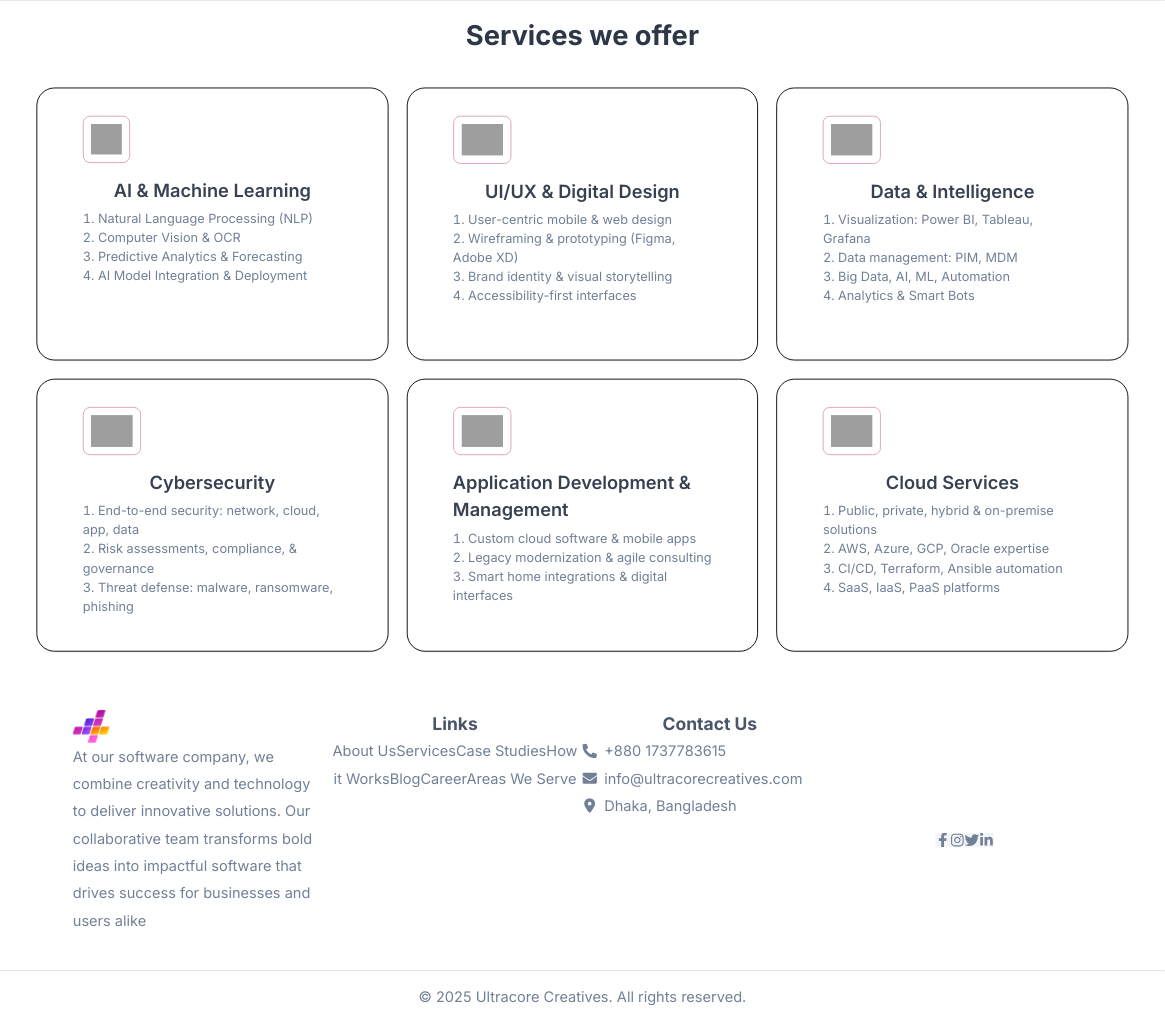
Repository: nazifat/ultra-core
Page: /services
An editor plug-in stored every save of this project. The page is shown before and after the next save, followed by the edit.
The browser window is 1280 px wide. The pictures show the part of the page from y = 754 to 1881 px (the page is 1881 px tall before and 1825 px after), at 91% of full size.
Pictures or frames that could not be fetched are drawn as grey boxes. Backgrounds fixed to the window are drawn as part of the page. The project was rebuilt for these pictures with package versions that can differ from the ones it lists, and the page was loaded fresh each time. Also part of the build but not shown: vite.config.js, src/App.jsx, src/Pages/ErrorPage/ErrorPage.jsx, src/Components/Divider/Divider.jsx, src/Components/CustomHeader/CustomHeader.jsx, src/Pages/Home/Approach/Approach.jsx, src/Pages/Home/Banner/Banner.jsx, src/Pages/Home/BoldIdeas/BoldIdeas.jsx and 22 more.

Above is the page before, as saved 2025-07-10 14:20:36.

### index.html
<!doctype html>
<html lang="en">
  <head>
    <meta charset="UTF-8" />
    <link rel="icon" type="image/svg+xml" href="/vite.svg" />
    <meta name="viewport" content="width=device-width, initial-scale=1.0" />
    <title>Ultracore Creatives</title>
  </head>
  <body>
    <div id="root"></div>
    <script type="module" src="/src/main.jsx"></script>
  </body>
</html>

### src/main.jsx
import { StrictMode } from 'react'
import { createRoot } from 'react-dom/client'
import './index.css'
import App from './App.jsx'
import { router } from './Providers/RouterProvider/RouterProvider'

import {

  RouterProvider
} from "react-router-dom";

createRoot(document.getElementById('root')).render(
  <StrictMode>
    <RouterProvider router={router} />

  </StrictMode>,
)

### src/index.css

@import "@fontsource/inter"; /* Defaults to 400 weight */
@import "@fontsource/inter/500.css";
@import "@fontsource/inter/600.css";
@import "@fontsource/inter/700.css";

@tailwind base;
@tailwind components;
@tailwind utilities;


body{
    background-color: white;
}


.custom-navbar{
    font-family: 'Inter', sans-serif;
    font-weight: 500;
    color: #4A5568;
    font-size: 16px;
}

.custom-navbar a{
  margin-right: 15px;
}



.custom-footer{


font-family: 'Inter', sans-serif;
font-weight: 400;
color: #718096;
line-height:  30px;
letter-spacing: 0%;
font-size: 16px;

}

.custom-footer h6{

  color: #4A5568 !important;
  font-weight:700;
  text-transform: capitalize;
  font-size: larger;

}

.card{
    width: fit-content;
    width: 95%;
    margin: auto;
    height: 400px;
}

@media (max-width: 480px) {
    .card {
      height: 300px; /* or any smaller value */
      width: 80%;
    }
  }


  .tab:hover{
    background: linear-gradient(to right, #F76680, #57007B);
    -webkit-background-clip: text;
    -webkit-text-fill-color: transparent;

    /* Optional: for Firefox */
    background-clip: text;
    color: transparent;

  }
  .tab{
      color: gray;
      border-bottom: white 2px solid;



  }

  .tabs{

    align-items: center !important;
    justify-content: center !important;
    font-size: medium;

  }


  .tab:not(:checked, label:has(:checked), :hover, .tab-active, [aria-selected="false"]){
    color: gray;
    /* border-bottom: purple 2px; */

  }

  .tab:checked, label:has(:checked), .tab-active, [aria-selected="true"]{
    color: purple;
    /* border-bottom: purple 2px solid; */

  background: -webkit-linear-gradient(#F76680, #57007B);
  -webkit-background-clip: text;
  -webkit-text-fill-color: transparent;




  }

  .tab-content {
    margin-top: 50px;
    padding: 0 10px 0 10px;
    width: 70%;
    max-width: auto;
  }

  .tab-content img{
    height: 60px;
    width: fit-content;
  }


  @media (max-width: 480px){

    .tab-content img{
      /* height: auto; */
      width: fit-content;
    }

    .service-card{
      margin: 20px 0px;
    }

    .service-card h2{
      font-size: 16px !important;
      margin-bottom: 5px;
    }

    .circle-divider{
      display: none;
    }

    .how-it-works-divider{
      display:none;
    }


  }


  .approach p{
    font-weight: 400;
    font-size: 14px;
    color: #5d697e;
    font-family: 'Inter';
    line-height: 162%;
  }

  .navbar {
    padding: 17px;
  }


  /* swiper slider------------------ */

  .swiper-pagination-bullet-active{
    background: linear-gradient(45deg, #F76680, #57007B) !important;

  }

  .swiper-pagination-bullet{
    height: 15px !important;
    width: 15px !important;
    /* border: 5px solid black !important; */


  }

  .swiper-wrapper{
    margin-bottom: 5% !important;
  }

  /* .service area */


  .service-card{
    padding: 30px 50px;
    border: 1px solid;
    border-radius: 20px;
    min-height: 300px;

  }

  .service-card img{
    margin-bottom: 15px;

  }

  .service-card li{
    font-size: 14px;
    color: #718096;
    font-weight: 300;
  }

  .service-card h2{
    font-size: 20px;
    margin-bottom: 5px;


  }




/* expert team card hover */

.card-hover {
  transition: transform 0.3s ease-in-out, box-shadow 0.3s ease-in-out;
}

.card-hover:hover {
  transform: scale(1.05) translateY(-8px);
  box-shadow: 0 10px 20px rgba(0, 0, 0, 0.3);
}

### src/Providers/RouterProvider/RouterProvider.jsx
import {
  createBrowserRouter,
  RouterProvider,
} from "react-router-dom";
import ErrorPage from "../../Pages/ErrorPage/ErrorPage";
import Home from "../../Pages/Home/Home";
import Root from '../../Pages/Root/Root';
import About from "../../Pages/About/About";
import Services from '../../Pages/Services/Services';
import CaseStudies from '../../Pages/CaseStudies/CaseStudies'
import Blog from '../../Pages/Blog/Blog'
import Hire from '../../Pages/Hire/Hire'
import HowItWorks from '../../Pages/HowItWorks/HowItWorks'


export const router = createBrowserRouter([
  {
    path: "/",
    element: <Root></Root>,
    errorElement: <ErrorPage></ErrorPage>,
    children: [
      {
        path: "/",
        element: <Home></Home>,
      },
      {
        path: "/about",
        element: <About></About>
      },
      {
        path:"/services",
        element: <Services></Services>

      },
      {
        path: "/caseStudies",
        element: <CaseStudies></CaseStudies>
      },
      {
        path: "/blog",
        element: <Blog></Blog>
      },
      {
        path: "/howItWorks",
        element: <HowItWorks></HowItWorks>
      },
      {
        path: "/hire",
        element:<Hire></Hire>
      }
    ]
  },
]);

### src/App.css
#root {
  max-width: 1920px;
  margin: 0 auto;
  text-align: center;
  padding: 0;
}


.logo {
  height: 6em;
  padding: 1.5em;
  will-change: filter;
  transition: filter 300ms;
}
.logo:hover {
  filter: drop-shadow(0 0 2em #646cffaa);
}
.logo.react:hover {
  filter: drop-shadow(0 0 2em #61dafbaa);
}

@keyframes logo-spin {
  from {
    transform: rotate(0deg);
  }
  to {
    transform: rotate(360deg);
  }
}

@media (prefers-reduced-motion: no-preference) {
  a:nth-of-type(2) .logo {
    animation: logo-spin infinite 20s linear;
  }
}

.card {
  padding: 2em;
}

.read-the-docs {
  color: #888;
}

### src/Pages/Root/Root.jsx
import React from 'react';
import { Outlet } from 'react-router-dom';
import NavBar from '../../Components/Shared/NavBar'
import Footer from '../../Components/Shared/Footer'

const Root = () => {
    return (
        <div>
            <NavBar></NavBar>
            <Outlet></Outlet>
            <Footer></Footer>

        </div>
    );
};

export default Root;

### src/Pages/Services/Services.jsx

import HeaderBanner from '../../Components/HeaderBanner/HeaderBanner'
import '../Services/Services.css'
const Services = () => {
    return (
        <div className=''>

            <HeaderBanner img="https://i.ibb.co/R4V90kv7/marvin-meyer-SYTO3xs06f-U-unsplash.jpg" title="Services"></HeaderBanner>
            <h2 className='lg:text-3xl text-xl mt-5 text-[#2D3748] lg:mb-10 text-center font-bold'>Services we offer</h2>

            <div className='service-area grid md:grid-cols-3 grid-cols-1 px-10 my-10 gap-5'>
                {/* service--1 */}
                <div className=" service-card hover-card bg-[#fff] shadow-sm  rounded-lg">
                    <div className=''>
                        <img
                            className='h-[52px] w-[52px] border border-[#DE9EBA] rounded-lg p-2'
                            src="https://i.ibb.co.com/Z6r8QtGn/aiml.png"
                            alt="AI"
                        />
                    </div>

                    <div className="">
                        <h2 className="card-title font-semibold text-gray-700">
                            AI & Machine Learning
                        </h2>
                        <ol className='text-left text-[#718096] list-decimal list-inside  '>
                            <li>Natural Language Processing (NLP)</li>
                            <li>Computer Vision & OCR</li>
                            <li>Predictive Analytics & Forecasting</li>
                            <li>AI Model Integration & Deployment</li>
                        </ol>

                    </div>
                </div>


                {/* service--2 */}
                <div className="service-card  hover-card bg-[#fff]  shadow-sm">
                    <div className=''>
                        <img
                            className='max-h-16 max-w-16 border border-[#DE9EBA] rounded-lg p-2 object-contain'
                            src="https://i.ibb.co.com/BK6pc359/uiux.png"
                            alt="AI"
                        />
                    </div>

                    <div className="">
                        <h2 className="card-title font-semibold text-gray-700">
                            UI/UX & Digital Design
                        </h2>
                        <ol className='text-left text-[#718096] list-decimal list-inside  '>
                            <li>User-centric mobile & web design</li>
                            <li>Wireframing & prototyping (Figma, Adobe XD)</li>
                            <li>Brand identity & visual storytelling</li>
                            <li>Accessibility-first interfaces</li>
                        </ol>

                    </div>
                </div>


                {/* service--3 */}
                <div className="service-card hover-card bg-[#fff] shadow-sm">
                    <div className=''>
                        <img
                            className='max-h-16 max-w-16 border border-[#DE9EBA] rounded-lg p-2 object-contain'
                            src="https://i.ibb.co.com/8Lm3b3QH/data.png"
                            alt="AI"
                        />
                    </div>

                    <div className="">
                        <h2 className="card-title font-semibold text-gray-700">
                            Data & Intelligence
                        </h2>
                        <ol className='text-left text-[#718096] list-decimal list-inside  '>
                            <li>Visualization: Power BI, Tableau, Grafana</li>
                            <li>Data management: PIM, MDM</li>
                            <li>Big Data, AI, ML, Automation</li>
                            <li>Analytics & Smart Bots</li>
                        </ol>

                    </div>
                </div>

                {/* service--4 */}
                <div className="service-card hover-card bg-[#fff]  shadow-sm">
                    <div className=''>
                        <img
                            className='max-h-16 max-w-16 border border-[#DE9EBA] rounded-lg p-2 object-contain'
                            src="https://i.ibb.co.com/cKqS9P1P/cyber.png"
                            alt="Cybersecurity"
                        />
                    </div>

                    <div className="">
                        <h2 className="card-title font-semibold text-gray-700">
                            Cybersecurity
                        </h2>
                        <ol className='text-left text-[#718096] list-decimal list-inside  '>
                            <li>End-to-end security: network, cloud, app, data</li>
                            <li>Risk assessments, compliance, & governance</li>
                            <li>Threat defense: malware, ransomware, phishing</li>
                        </ol>

                    </div>
                </div>
                {/* service--5 */}
                <div className="service-card hover-card bg-[#fff] shadow-sm">
                    <div className=''>
                        <img
                            className='max-h-16 max-w-16 border border-[#DE9EBA] rounded-lg p-2 object-contain'
                            src="https://i.ibb.co.com/zHbNkDRR/ADM.png"
                            alt="AI"
                        />
                    </div>

                    <div className="">
                        <h2 className="card-title font-semibold text-gray-700 text-left">
                            Application Development & Management
                        </h2>
                        <ol className='text-left text-[#718096] list-decimal list-inside  '>
                            <li>Custom cloud software & mobile apps</li>
                            <li>Legacy modernization &amp; agile consulting</li>
                            <li>Smart home integrations & digital interfaces</li>

                        </ol>

                    </div>
                </div>
                {/* service--6 */}
                <div className="service-card hover-card bg-[#fff] shadow-sm">
                    <div className=''>
                        <img
                            className='max-h-16 max-w-16 border border-[#DE9EBA] rounded-lg p-2 object-contain'
                            src="https://i.ibb.co.com/4ZFPnfhK/cloud.png"
                            alt="AI"
                        />
                    </div>

                    <div className="">
                        <h2 className="card-title font-semibold text-gray-700">
                            Cloud Services
                        </h2>
                        <ol className='text-left text-[#718096] list-decimal list-inside  '>
                            <li>Public, private, hybrid & on-premise solutions</li>
                            <li>AWS, Azure, GCP, Oracle expertise</li>
                            <li>CI/CD, Terraform, Ansible automation</li>
                            <li>SaaS, IaaS, PaaS platforms</li>

                        </ol>

                    </div>
                </div>




            </div>



        </div>
    );
};

export default Services;

### src/Components/Divider/LineDivider.jsx
import React from 'react';

const LineDivider = () => {
    return (
        <div>
            <div className="h-[1px] w-full bg-[#E7DAED] my-4"></div>

        </div>
    );
};

export default LineDivider;

### src/Components/Shared/NavBar.jsx
import React from 'react';
import { NavLink } from 'react-router-dom';
import logo from '../../assets/images/logo.png'
import CustomButton from '../CustomButton/CustomButton';
import { MdOutlineMenu } from "react-icons/md";


const NavBar = () => {

    const links = <>
        <li className='custom-navbar'><NavLink to="/about">About Us</NavLink></li>
        <li className='custom-navbar'><NavLink to="/Services">Services</NavLink></li>
        <li className='custom-navbar'><NavLink to="/caseStudies">Case Studies</NavLink></li>
        <li className='custom-navbar'><NavLink to="/blog">Blog</NavLink></li>
        <li className='custom-navbar'><NavLink to="/howItWorks">How it Works</NavLink></li>
        <li className='custom-navbar'> <NavLink to="/hire">Hire</NavLink></li>
    </>
    return (
        <div className="navbar w-full shadow">
            <div className="navbar-start">
                <div className="dropdown ">
                    <div tabIndex={0} role="button" className="btn btn-lg bg-gray-100 border-0 mx-2  lg:hidden  ">
                    <MdOutlineMenu  className='text-gray-600'/>
                    </div>
                    <ul
                        // tabIndex={0}
                        className="menu menu-md dropdown-content bg-white z-1 mt-3 w-52 p-5 shadow flex ">
                        {links}
                    </ul>
                </div>
                <NavLink className=" text-xl" to='/'><img src={logo} alt="" /></NavLink>
            </div>
            <div className="navbar-center hidden lg:flex">
                <ul className="menu menu-horizontal px-1">
                    {links}

                </ul>
            </div>
            <div className="navbar-end">
            <CustomButton
                            className="justify-end"
                            btnText="Let's work Together"
                        />
                {/* <CustomButton justifyPosition="end" btnText="Let's work Together"></CustomButton> */}

            </div>
        </div>
    );
};

export default NavBar;

### src/Components/Shared/Footer.jsx
import { NavLink } from 'react-router-dom';
import logo from '../../assets/images/logo.png'
import { FaEnvelope, FaFacebook, FaFacebookF, FaFacebookSquare, FaInstagram, FaLinkedin, FaLinkedinIn, FaLocationArrow, FaPhoneAlt, FaTwitter } from "react-icons/fa";

import { FaLocationDot } from "react-icons/fa6";
import LineDivider from '../Divider/LineDivider';
const Footer = () => {
    return (
        <div>
            <footer className="lg:px-20 custom-footer footer  sm:footer-horizontal text-gray-600 text-neutral-content p-10  flex md:flex-row flex-col md:justify-evenly md:p-6 " >
                <nav className='flex-[1] min-w-[200px]' >
                    <NavLink to="/"> <img src={logo} alt="" /></NavLink>

                    <p className='text-left'>At our software company, we combine creativity and technology to deliver innovative solutions. Our collaborative team transforms bold ideas into impactful software that drives success for businesses and users alike
                    </p>
                </nav>
                <nav className='flex-1 justify-center'>
                    <h6 className="">Links</h6>
                    <NavLink to="/about">About Us</NavLink>
                    <NavLink to="/services">Services</NavLink>
                    <NavLink to="/caseStudies">Case Studies</NavLink>
                    <NavLink to="/howItWorks">How it Works</NavLink>
                    <NavLink to="/blog">Blog</NavLink>
                    <NavLink to="/career">Career</NavLink>
                    <NavLink to="/areasWeServer">Areas We Serve</NavLink>
                </nav>
                <nav className='flex-1 justify-center'>
                    <h6 className="">Contact Us</h6>
                    <p className="flex items-center gap-2"><FaPhoneAlt />+880 1737783615</p>
                    <p className="flex items-center gap-2"><FaEnvelope /> info@ultracorecreatives.com</p>
                    <p className="flex items-center gap-2"><FaLocationDot /> Dhaka, Bangladesh</p>
                </nav>
                <nav className='flex-1 justify-center flex items-center justify-center mt-10'>

                    <button className="btn btn-circle bg-gray-100 text-base-100 border-gray-100">
                        <FaFacebookF></FaFacebookF>
                    </button>
                    <button className="btn btn-circle bg-gray-100 text-base-100 border-gray-100">
                        <FaInstagram></FaInstagram>
                    </button>
                    <button className="btn btn-circle bg-gray-100 text-base-100 border-gray-100">
                        <FaTwitter></FaTwitter>
                    </button>
                    <button className="btn btn-circle bg-gray-100 text-base-100 border-gray-100">
                        <FaLinkedinIn />
                    </button>

                </nav>





            </footer>

                <LineDivider></LineDivider>
            <aside className='lg:px-20'>
                <p className='text-center text-[#718096] pb-5'> © {new Date().getFullYear()}  Ultracore Creatives. All rights reserved.</p>
            </aside>

        </div>


    );
};

export default Footer;

### src/Components/HeaderBanner/HeaderBanner.jsx

const HeaderBanner = ({img, title}) => {
    return (
        <div
      className="relative w-full h-[400px] bg-fixed bg-center bg-cover mt-0 pt-0"
      style={{
        backgroundImage: `url(${img})`,
      }}
    >
      <div className="absolute inset-0 bg-black bg-opacity-60 flex items-center justify-center">
        <h1 className="text-white text-5xl md:text-5xl font-bold z-10">{title}</h1>
      </div>
    </div>
    );
};

export default HeaderBanner;

### src/Pages/Services/Services.css
.hover-card {
  background-color: #ffffff;
  transition: transform 0.3s ease, box-shadow 0.3s ease, background-color 0.3s ease;
}

.hover-card:hover {
  transform: translateY(-6px);
  box-shadow: 0 12px 20px rgba(0, 0, 0, 0.12);
  background-color: #f9f1ff; /* light purple or any color you prefer */
  cursor: pointer;
}

.hover-card:hover img {
  transform: scale(1.05) rotate(2deg);
  transition: transform 0.3s ease;
}

### src/Components/CustomButton/CustomButton.jsx
// import React from 'react';
// import { NavLink } from 'react-router-dom';

import { NavLink } from "react-router-dom";

// const CustomButton = (props) => {
//     return (
//         <div className={`w-full flex  justify-${props.justifyPosition}`}>
//             <NavLink className="btn lg:btn-lg btn-sm bg-gradient-to-r from-[#57007B] to-[#6675F7] text-white font-semibold py-2 px-6 rounded shadow-md hover:opacity-90 transition duration-300">
//                 {props.btnText}
//             </NavLink>
//         </div>
//     );
// };

// export default CustomButton;


export default function CustomButton({ btnText, className = '' }) {
    return (
      <div className={`flex ${className}`}>
        <NavLink className="btn lg:btn-lg btn-sm bg-gradient-to-r from-[#57007B] to-[#6675F7] text-white font-semibold py-2 px-6 rounded shadow-md hover:opacity-90 transition duration-300">
          {btnText}
        </NavLink>
      </div>
    );
  }

### tailwind.config.js
/** @type {import('tailwindcss').Config} */
export default {
  content: ["./src/**/*.{html,js,jsx,ts,tsx}"],

  theme: {
    extend: {

      fontFamily: {
        sans: ['Inter', 'sans-serif'], // replaces default sans
      },
      screens: {
        sm: '640px',
        // other breakpoints...
      },

    },


  },
  plugins: [
    require('daisyui'),
  ],

}

After the next save:
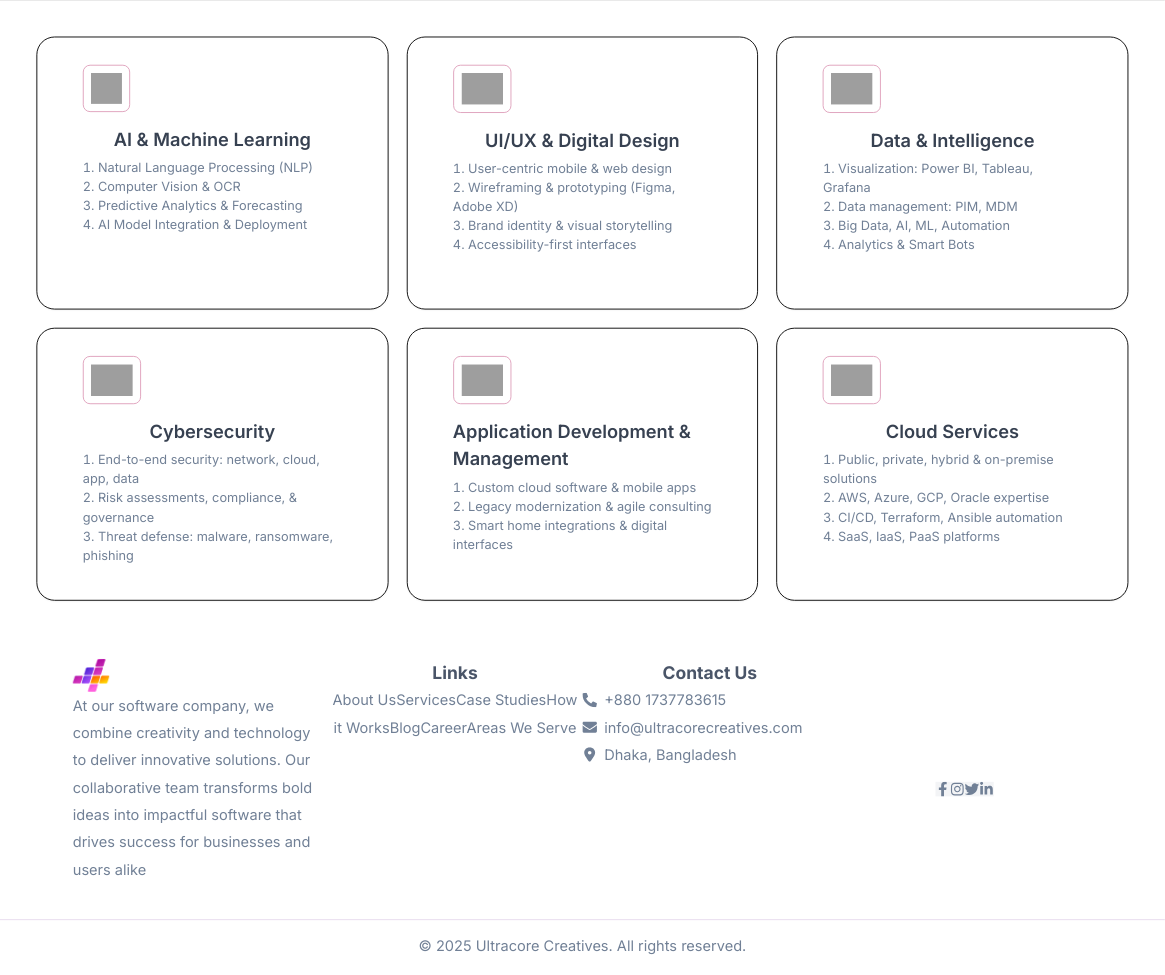
Saved 23 s later.
--- a/src/Pages/Services/Services.jsx
+++ b/src/Pages/Services/Services.jsx
@@ -6,7 +6,6 @@ const Services = () => {
         <div className=''>
 
             <HeaderBanner img="https://i.ibb.co/R4V90kv7/marvin-meyer-SYTO3xs06f-U-unsplash.jpg" title="Services"></HeaderBanner>
-            <h2 className='lg:text-3xl text-xl mt-5 text-[#2D3748] lg:mb-10 text-center font-bold'>Services we offer</h2>
 
             <div className='service-area grid md:grid-cols-3 grid-cols-1 px-10 my-10 gap-5'>
                 {/* service--1 */}
